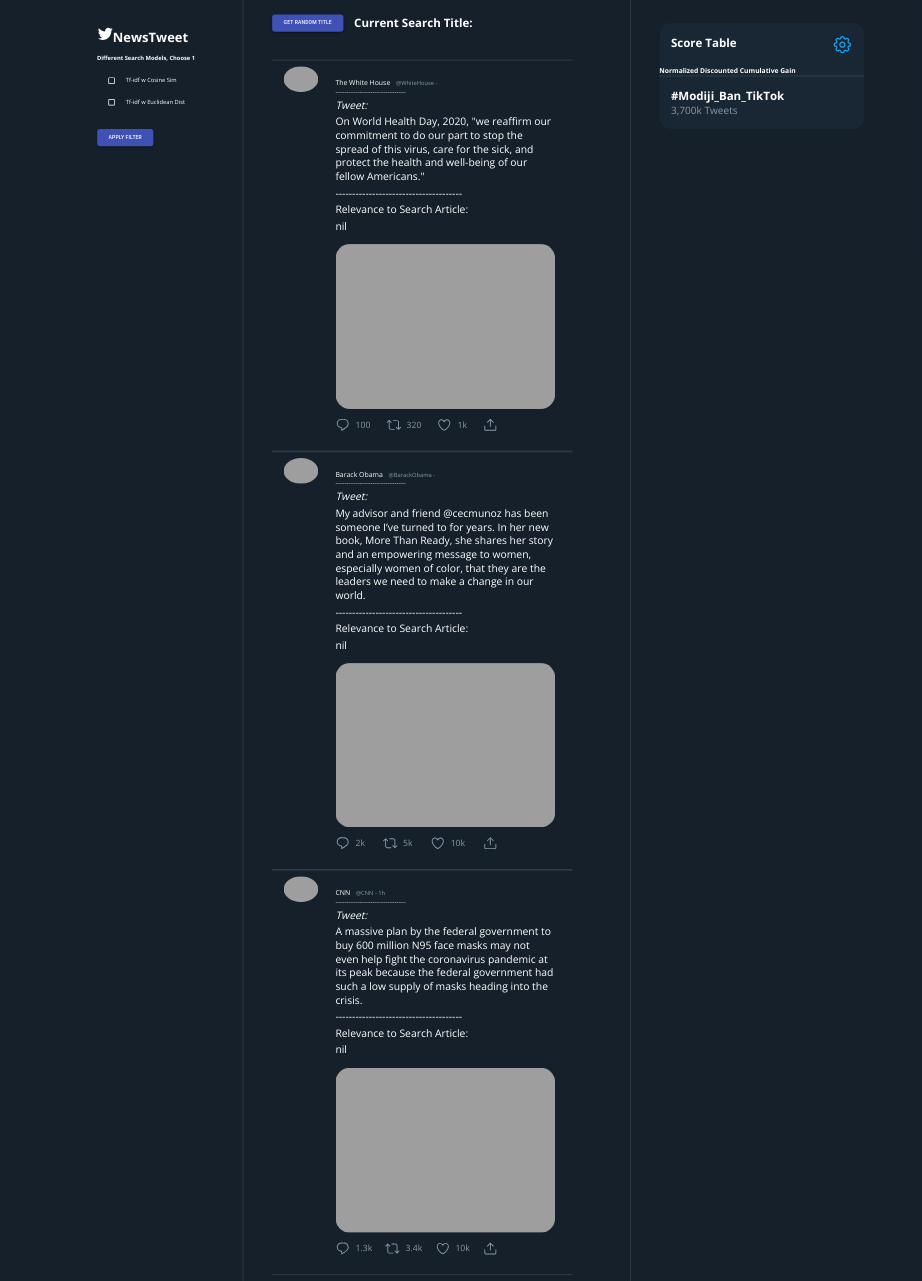
Repository: Dustyik/IR-tweets---disaster-
Page: / (app in Frontend/)
An editor plug-in stored every save of this project. The page is shown before and after the next save, followed by the edit.
The browser window is 1280 px wide. The pictures show the whole page, at 72% of full size.
Pictures or frames that could not be fetched are drawn as grey boxes. The page's requests for data from a server got no answer. The project was rebuilt for these pictures with package versions that can differ from the ones it lists, and the page was loaded fresh each time. No one was signed in, and anything a server would have sent is missing. Also part of the build but not shown: Frontend/src/components/trending/FollowSuggestionCard.js, Frontend/src/styles/FollowList.css, Frontend/src/components/trending/FollowSuggestionsList.js, Frontend/src/components/StatusCard.js, Frontend/src/pages/Status.js, Frontend/src/components/profile/ProfileHead.js, Frontend/src/components/profile/ProfileDetails.js, Frontend/src/styles/Profile.css and 1 more.

Above is the page before, as saved 2021-08-04 19:56:24.

### Frontend/public/index.html
<!DOCTYPE html>
<html lang="en">

<head>
  <meta charset="utf-8" />
  <link rel="icon" href="%PUBLIC_URL%/favicon.ico" />
  <meta name="viewport" content="width=device-width, initial-scale=1" />
  <meta name="theme-color" content="#000000" />
  <meta name="description" content="Web site created using create-react-app" />
  <link rel="apple-touch-icon" href="%PUBLIC_URL%/logo192.png" />
  <link href="https://fonts.googleapis.com/css2?family=Open+Sans:wght@400;700&display=swap" rel="stylesheet">
  <!--
      manifest.json provides metadata used when your web app is installed on a
      user's mobile device or desktop. See https://developers.google.com/web/fundamentals/web-app-manifest/
    -->
  <link rel="manifest" href="%PUBLIC_URL%/manifest.json" />
  <!--
      Notice the use of %PUBLIC_URL% in the tags above.
      It will be replaced with the URL of the `public` folder during the build.
      Only files inside the `public` folder can be referenced from the HTML.

      Unlike "/favicon.ico" or "favicon.ico", "%PUBLIC_URL%/favicon.ico" will
      work correctly both with client-side routing and a non-root public URL.
      Learn how to configure a non-root public URL by running `npm run build`.
    -->
  <title>React App</title>
</head>

<body>
  <noscript>You need to enable JavaScript to run this app.</noscript>
  <div id="root"></div>
  <!--
      This HTML file is a template.
      If you open it directly in the browser, you will see an empty page.

      You can add webfonts, meta tags, or analytics to this file.
      The build step will place the bundled scripts into the <body> tag.

      To begin the development, run `npm start` or `yarn start`.
      To create a production bundle, use `npm run build` or `yarn build`.
    -->
</body>

</html>

### Frontend/src/App.js
import React from 'react';
import { BrowserRouter as Router, Route } from 'react-router-dom';
import './App.css';
import { Sidebar } from './components/Sidebar';
import { Home } from './pages/Home';
import { Trending } from './components/trending/Trending';
import { GlobalProvider } from './context/GlobalState';
import { Status } from './pages/Status';
import ScrollToTop from './utils/ScrollToTop';
import { Profile } from './pages/Profile';

function App() {
  return (
    <GlobalProvider >
      <Router >

        <ScrollToTop>
          <div className="App">
            <div className="side-nav">
              <Sidebar />
            </div>
            <div className="main trending">

              <Route exact path="/" component={Home} />
              { /*
              <Route exact path="/:id" component={Profile} />
              <Route exact path="/status/:id" component={Status} />
              */}


            </div>

            <div className="trending">
              <Trending />
            </div>
          </div>
        </ScrollToTop>

      </Router>
    </GlobalProvider>
  );
}

export default App;

### Frontend/src/App.css
:root {
    --body-bg        : rgb(21, 32, 43);
    --sky-blue       : rgba(29, 161, 242, 1.00);
    --light          : rgba(255, 255, 2555);
    --grey           : rgb(136, 153, 166);
    --border         : rgb(56, 68, 77);
    --thick-border   : rgb(37, 51, 65);
    --thick-border   : rgb(37, 51, 65);
    --card-background: rgb(25, 39, 52);
}

body {
    background-color: var(--body-bg);
    font-family     : 'Open Sans', sans-serif;
    padding         : 0;
    margin          : 0;
    color           : var(--light);
}

html {
    font-size: 8px;
}

::-webkit-input-placeholder {
    /* Chrome/Opera/Safari */
    font-size  : 2.5rem;
    color      : #9197a3;
    font-weight: 400;
}

::-moz-placeholder {
    /* Firefox 19+ */
    font-size  : 2.5rem;
    color      : #9197a3;
    font-weight: 400;
}

:-ms-input-placeholder {
    /* IE 10+ */
    font-size  : 2.5rem;
    color      : #9197a3;
    font-weight: 400;
}

:-moz-placeholder {
    /* Firefox 18- */
    font-size  : 2.5rem;
    color      : #9197a3;
    font-weight: 400;
}

.App {
    display              : grid;
    grid-template-columns: 2.5fr 4fr 3fr;
}

.side-nav {
    padding-left: 40%;
    padding-top : 3rem;
}

.side-nav svg {
    fill : var(--light);
    width: 2.75rem;
}

.side-nav svg:hover {
    fill: var(--sky-blue);
}

.side-nav-item {
    padding: 2rem 0;

}

.side-nav .side-nav-item .side-nav-text {
    font-size     : 2.25rem;
    font-weight   : 700;
    color         : var(--light);
    padding-left  : 3rem;
    vertical-align: bottom;
}

.avatar {
    display: inline;
}

.avatar img {
    border-radius: 50%;
}


/* helper classes */
.p-0 {
    padding: 0
}


.pl-0 {
    padding-left: 0
}

.p-1 {
    padding: 1rem;
}

.p-2 {
    padding: 2rem
}

.pr-0 {
    padding-right: 0
}

.pb-1 {
    padding-bottom: 1rem;
}

.m-0 {
    margin: 0
}

.mb-0 {
    margin-bottom: 0;
}

.text-center {
    text-align: center;
}

.w-100 {
    width: 100%;
}

.pl-1 {
    padding-left: 1rem;
}

.pr-1 {
    padding-right: 1rem;
}

ul {
    list-style: none;
}

.flex-align-center {
    display    : flex;
    align-items: center;
}

.flex-space-between {
    display        : flex;
    justify-content: space-between;
}

.inline-block {
    display: inline-block;

}


.btn {
    color      : var(--light);
    font-weight: 700;
    cursor     : pointer;
    border     : none;
    background : transparent;
}

.tweet-btn {
    border-radius   : 4rem;
    font-size       : 2rem;
    padding         : 1.5rem;
    background-color: var(--sky-blue);
    width           : 80%;
}

.follow-btn {
    border-radius: 3rem;
    font-size    : 2rem;
    padding      : 0.5rem;
    font-weight  : 700;
    color        : var(--sky-blue);
    border       : 1px solid var(--sky-blue);
}

.pointer {
    cursor: pointer;
}

.bold-dull-para {
    font-size: 1.75rem;
    color    : var(--grey);
}

a {
    text-decoration: none;
    color          : inherit;
}

h1 {
    font-size  : 2.25rem;
    font-weight: 700;
    color      : var(--light);
}

h2 {
    font-size  : 2rem;
    font-weight: 700;
    color      : var(--light);
}

input:focus {
    outline: none;
}

### Frontend/src/pages/Home.js
import React, { useState, useEffect, useContext } from 'react';
import '../styles/Main.css';
import { TweetList } from '../components/TweetList';
import { SearchIcon } from '../images/svg/svgs'
import * as API from "../apifunctions"
import { Button } from '@material-ui/core';
import { GlobalContext } from '../context/GlobalState'


export const Home = () => {
    const [titlesState, setTitlesState] = useState([])
    const { title, setTitle } = useContext(GlobalContext);


    useEffect(() => {
        API.getTitles().then(
            res => {
                const data = JSON.parse(res.data);
                const titlesData = data.title
                const idData = data.id
                var values = []
                for (let i = 0; i < Object.keys(titlesData).length; i++){
                    values.push({
                        title: titlesData[i],
                        id: idData[i]
                    })
                }
                setTitlesState(values)
            }
        ).catch(
            err => console.log("Error fetching titles", err)
        )
    }, [])

    const randomButtonClick = () => {
        const randomElement = titlesState[Math.floor(Math.random() * titlesState.length)];
        setTitle(randomElement)
    }

    return (
        <>
            <div style = {{display:"flex", flexDirection:"row", alignItems:"center"}}>
            {/*
            <div className="search-box flex-align-center">
                    <SearchIcon />
                    <input placeholder="Search Our Corpus Using Headlines" className="search-input w-100" type="text" />
            </div>
            */}
            <Button
                onClick = {randomButtonClick}
                variant="contained"
                style = {{height:"50%", marginRight:"15px"}}
                color="primary">
                Get Random Title
            </Button>

            <h2 style = {{display:"flex", alignItems:"center", textAlign:"center"}}>
                Current Search Title:
            </h2>

            </div>


            <h2 style = {{display:"flex", justifyContent:"center"}}>
               {title.title}
            </h2>
                {/*
            <NewTweet />
                */}
            <div className="tweets">
                <TweetList />
            </div>
        </>
    )
}

### Frontend/src/components/trending/Trending.js
import React from 'react';
import '../../styles/Trending.css';
import { SearchIcon } from '../../images/svg/svgs'
import { TrendsList } from './TrendsList';
import { FollowSuggestionsList } from './FollowSuggestionsList';


export const Trending = () => {
    return (
        <>
            <div>

                <div className="trends-list m-0">

                    <TrendsList />

                </div>
                {/*
                <div className="follow-list">
                    <FollowSuggestionsList />
                </div>
                */}
            </div>
        </>
    )
}

### Frontend/src/utils/ScrollToTop.js
import React, { useEffect, Fragment } from 'react';
import { withRouter } from 'react-router-dom';

function ScrollToTop({ history, children }) {
    useEffect(() => {
        const unlisten = history.listen(() => {
            window.scrollTo(0, 0);
        });
        return () => {
            unlisten();
        }
    }, []);

    return <Fragment>{children}</Fragment>;
}

export default withRouter(ScrollToTop);

### Frontend/src/images/avatars.js
import React from 'react'

export const SmallAvatar = ({ width, image }) => {
    return (
        <div className="avatar">
            <img width={width} src={image} alt="avatar" />
        </div>
    )
}

### Frontend/src/apifunctions.js
import axios from 'axios';

export const getTitles = () => {
    console.log("get Titles called")
    return axios.get("http://localhost:5000/getTitles")
}

export const applySearchFilters = (data, title, id) => {
    return axios.post("http://localhost:5000/applySearchModels", {
            data: data,
            queryTitle: title,
            articleId: id

        }
    )
}

### Frontend/src/styles/Main.css
/* main styles */
.main {
    border-left : 1px solid var(--border);
    border-right: 1px solid var(--border);
    ;
}

.home {
    padding-left : 2.5rem;
    border-bottom: 1px solid var(--border);
}

.new-tweet {
    padding              : 1rem;
    display              : grid;
    grid-template-columns: 1fr 9fr;
    border-bottom        : 1rem solid var(--thick-border);
}

.new-tweet .left,
.right {
    padding: 0 1rem;
}

.new-tweet input {
    padding    : 2rem 0;
    background : transparent;
    border     : none;
    color      : var(--light);
    font-size  : 2rem;
    font-weight: 700;
}

.new-tweet-options {
    padding-right  : 1rem;
    display        : flex;
    justify-content: space-between;
    align-items    : center;
}

.new-tweet .add-icons {
    margin-right: 1rem;
}

.new-tweet .add-icons svg {
    width  : 3rem;
    fill   : var(--sky-blue);
    padding: 1rem;
}

.new-tweet .add-icons svg:first-child {
    padding-left: 0;
}

### Frontend/src/components/TweetList.js
import React, { useContext } from 'react'
import TweetCard from './TweetCard'
import { GlobalContext } from '../context/GlobalState'

export const TweetList = () => {
    const { tweets } = useContext(GlobalContext);

    return (
        <>
            {tweets.map((tweet, index) => (<TweetCard key={index} tweet={tweet} />))}
        </>
    )
}

### Frontend/src/styles/Trending.css
.trending {
    padding: 1rem 10rem 1rem 5rem;
}

.trending .search-box {
    width     : 100%;
    background: transparent;

    background-color: var(--thick-border);
    border-radius   : 5rem;
    border          : none;
}

.trending .search-box svg {
    width       : 3rem;
    fill        : var(--grey);
    padding-left: 1rem;

}

.trending .search-box input {
    padding   : 1.5rem;
    font-size : 2rem;
    width     : 100%;
    background: transparent;
    border    : none;
    color     : var(--light);
}

.trends-list {
    background-color: var(--card-background);
    border-radius   : 2rem;
    margin-top      : 3rem;
}

.trends-list h1 {
    padding: 1rem 2rem;

}

.trends-for-you {
    padding: 2rem;
}

.trends-for-you svg {
    width: 3.5rem;
    fill : var(--sky-blue);
}

.trends-card {
    border-top   : 1px solid var(--border);
    border-bottom: 1px solid var(--border);
    padding      : 2rem;
}

.trends :last-child {
    border-bottom: none;
}

.trends-topic {
    font-size: 1.5rem;
    color    : var(--grey);
}

.trend-tweet-count {
    font-size: 1.75rem;
    color    : var(--grey);
}



.trending ::-webkit-input-placeholder {
    /* Chrome/Opera/Safari */
    font-size  : 2rem;
    color      : #9197a3;
    font-weight: 400;
}

.trending ::-moz-placeholder {
    /* Firefox 19+ */
    font-size  : 2rem;
    color      : #9197a3;
    font-weight: 400;
}

.trending :-ms-input-placeholder {
    /* IE 10+ */
    font-size  : 2rem;
    color      : #9197a3;
    font-weight: 400;
}

.trending :-moz-placeholder {
    /* Firefox 18- */
    font-size  : 2rem;
    color      : #9197a3;
    font-weight: 400;
}

### Frontend/src/components/trending/TrendsList.js
import React, {useContext} from 'react';
import { Trend } from '../trending/Trend';
import { SettingsIcon } from '../../images/svg/svgs';

import { GlobalContext } from '../../context/GlobalState'


export const TrendsList = () => {

    const {rankingModel} = useContext(GlobalContext);


    const trends = [
        {
            name: '#Modiji_Ban_TikTok',
            topic: '',
            tweets: '3,700k'
        }
    ]
    return (
        <div>
            <div className="trends-for-you flex-space-between">
                <h2 className="m-0">Score Table</h2>
                <SettingsIcon />
            </div>
            <h3 className="m-0">Normalized Discounted Cumulative Gain </h3>

            <div>
                {rankingModel}
                {console.log("scores", rankingModel)}
            </div>
            <div className="trends">
                {trends.map(trend => (<Trend trend={trend} />))}
            </div>
        </div>
    )
}

### Frontend/src/context/AppReducer.js
const MAX = 30
const MIN = 0

export default (state, action) => {
    switch (action.type) {

        case "ADD_RANKING_SCORE":
            return {
                ...state,
                rankingModel: [...state.rankingModel, action.payload]
            }


        case 'DELETE_TRANSACTION':
            return {
                ...state,
                transactions: state.transactions.filter(transaction => transaction.id !== action.payload)
            }
        case 'ADD_TWEET':
            const newTweet = {
                user: {
                    name: action.payload.name,
                    image: action.payload.image,
                    handle: `@${action.payload.name}`,
                },
                tweet: {
                    content: action.payload.tweet,
                    image: null,
                    comments: Math.floor(Math.random()*(MAX-MIN)+MIN),
                    retweets: Math.floor(Math.random()*(MAX-MIN)+MIN),
                    likes: Math.floor(Math.random()*(MAX-MIN)+MIN),
                    relevance: action.payload.relevance
                }
            };
            return {
                ...state,
                tweets: [...state.tweets, newTweet]
            }

        case "SET_TITLE":
            return {
            ...state,
            title: action.payload
        }

        case "SET_SEARCH_MODEL":
            return {
            ...state,
            searchModels: action.payload
        }

        case "REMOVE_ALL_TWEETS":
            return {
            ...state,
            tweets: []
        }


        default:
            return state
    }
}

### Frontend/src/components/trending/Trend.js
import React from 'react'

export const Trend = ({ trend }) => {
    return (
        <div className="trends-card">
            <p className="trends-topic m-0">{trend.topic}</p>
            <h2 className="m-0">{trend.name}</h2>
            <p className="trend-tweet-count m-0">{trend.tweets} Tweets</p>
        </div>
    )
}

### Frontend/src/styles/StatusCard.css
.tweets {}

.status-card {
    /* padding              : 1rem;
    display                 : grid;
    grid-template-columns   : 1fr 9fr; */
    border-bottom           : 0.5px solid var(--border);
    border-top              : 0.5px solid var(--border);

}

.status-card .left,
.right {
    padding: 2rem;
}

.status-card .left {
    display    : flex;
    align-items: center;

}

.status-card .right {
    padding-top: 0;
}

.status-card .status-card-name {
    font-size    : 2rem;
    font-weight  : 700;
    padding-right: 1rem;
}

.status-card .status-card-handle,
.status-card-time {
    font-size: 1.5rem;
    color    : var(--grey);
}

.status-card .status-card-body .status-card-content p {
    font-size : 2.5rem;
    margin-top: .5rem;
}

.status-card .status-card-body .status-card-image {
    margin-top: 2rem;
}

.status-card .status-card-body .status-card-image img {
    width        : 100%;
    border-radius: 20px;
}

.status-card .status-card-footer {
    padding-right: 10rem;
    display      : flex;

    justify-content: space-around;
    padding-top    : 1rem;
    width          : 100%;
}

.status-card .status-card-footer svg {
    fill : var(--grey);
    width: 2.5rem;
}

.status-card .status-card-footer .tweet-cars-icon {
    line-height : 2;
    font-size   : 1.5rem;
    color       : var(--grey);
    padding-left: 1rem;
}

.status {
    display    : flex;
    align-items: center;
    padding    : 0 2rem;
    display    : flex;
    align-items: center;
}

.status h1 {
    display     : inline-block;
    padding-left: 1rem;
}

.status svg {
    width: 4rem;
    fill : var(--sky-blue);
}

### Frontend/src/styles/TweetCard.css
.tweets {}

.tweet-card {
    padding              : 1rem;
    display              : grid;
    grid-template-columns: 1fr 9fr;
    border-bottom        : 0.5px solid var(--border);
    border-top           : 0.5px solid var(--border);

}

.tweet-card .left,
.right {
    padding: 0 1rem;
}

.tweet-card .tweet-card-head .tweet-card-name {
    font-size    : 1.2rem;
    font-weight  : 300;
    padding-right: 1rem;
}

.tweet-card .tweet-card-head .tweet-card-name:hover {
    text-decoration: underline;
}

.tweet-card .tweet-card-head .tweet-card-handle,
.tweet-card-time {
    font-size: rem;
    color    : var(--grey);
}

.tweet-card .tweet-card-body .tweet-card-content p {
    font-size : 1.8rem;
    margin-top: .5rem;
}

.tweet-card .tweet-card-body .tweet-card-image {
    margin-top: 2rem;
}

.tweet-card .tweet-card-body .tweet-card-image img {
    width        : 100%;
    border-radius: 20px;
}

.tweet-card .tweet-card-footer {
    padding-right  : 10rem;
    display        : flex;
    justify-content: space-between;
    padding-top    : 1rem;
}

.tweet-card .tweet-card-footer svg {
    fill : var(--grey);
    width: 2.5rem;
}

.tweet-card .tweet-card-footer .tweet-cars-icon {
    line-height : 2;
    font-size   : 1.5REM;
    color       : var(--grey);
    padding-left: 1rem;
}

Loaded but not shown: Frontend/src/index.js (common file); Frontend/src/images/svg/svgs.js (66 lines, source omitted); Frontend/src/context/GlobalState.js (124 lines, source omitted); Frontend/src/components/TweetCard.js (67 lines, source omitted); Frontend/src/components/Sidebar.js (113 lines, source omitted)

After the next save:
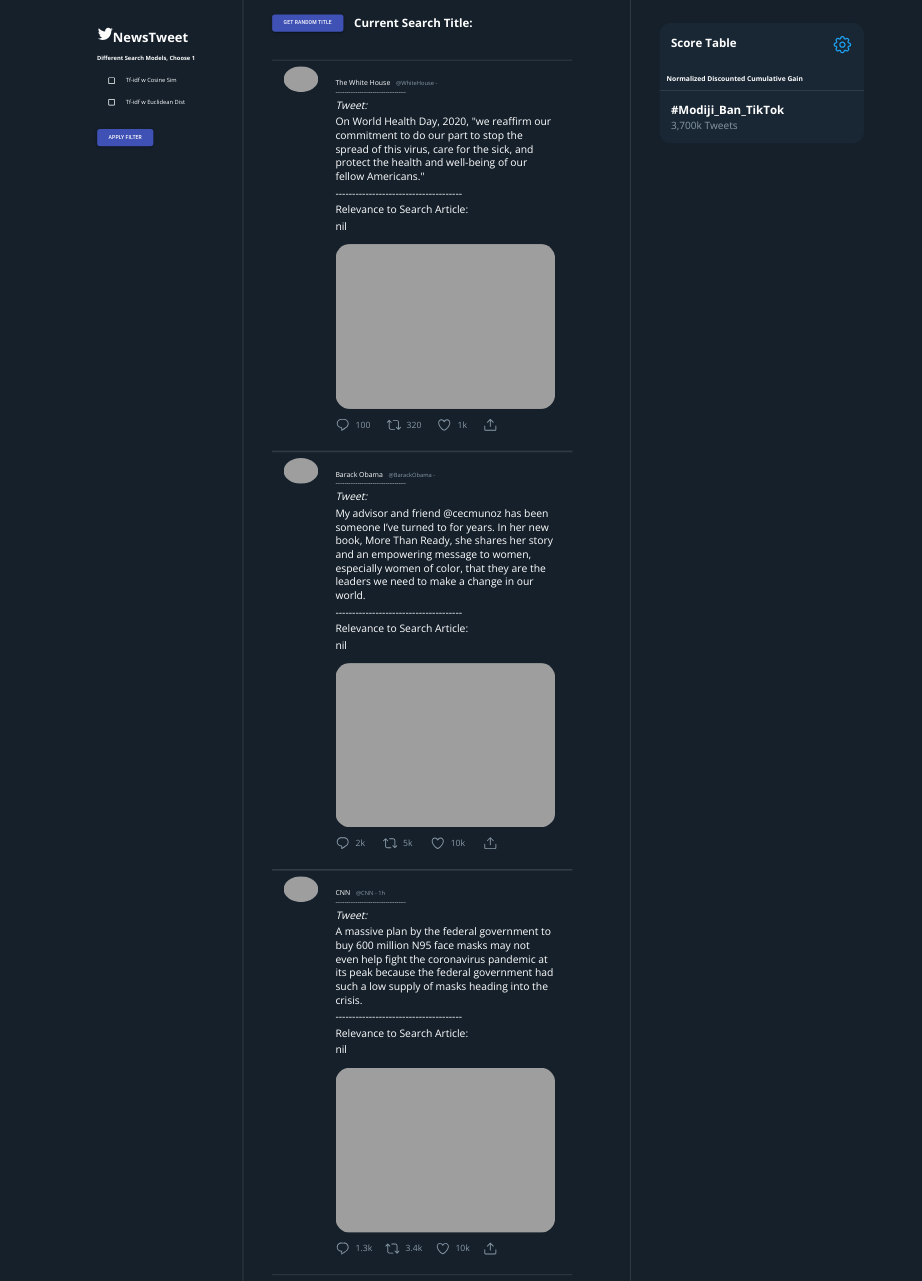
Saved 13 s later.
--- a/Frontend/src/components/trending/TrendsList.js
+++ b/Frontend/src/components/trending/TrendsList.js
@@ -23,7 +23,7 @@
                 <h2 className="m-0">Score Table</h2>
                 <SettingsIcon />
             </div>
-            <h3 className="m-0">Normalized Discounted Cumulative Gain </h3>
+            <h3 style = {{padding:10}}className="m-0">Normalized Discounted Cumulative Gain </h3>
 
             <div>
                 {rankingModel}
